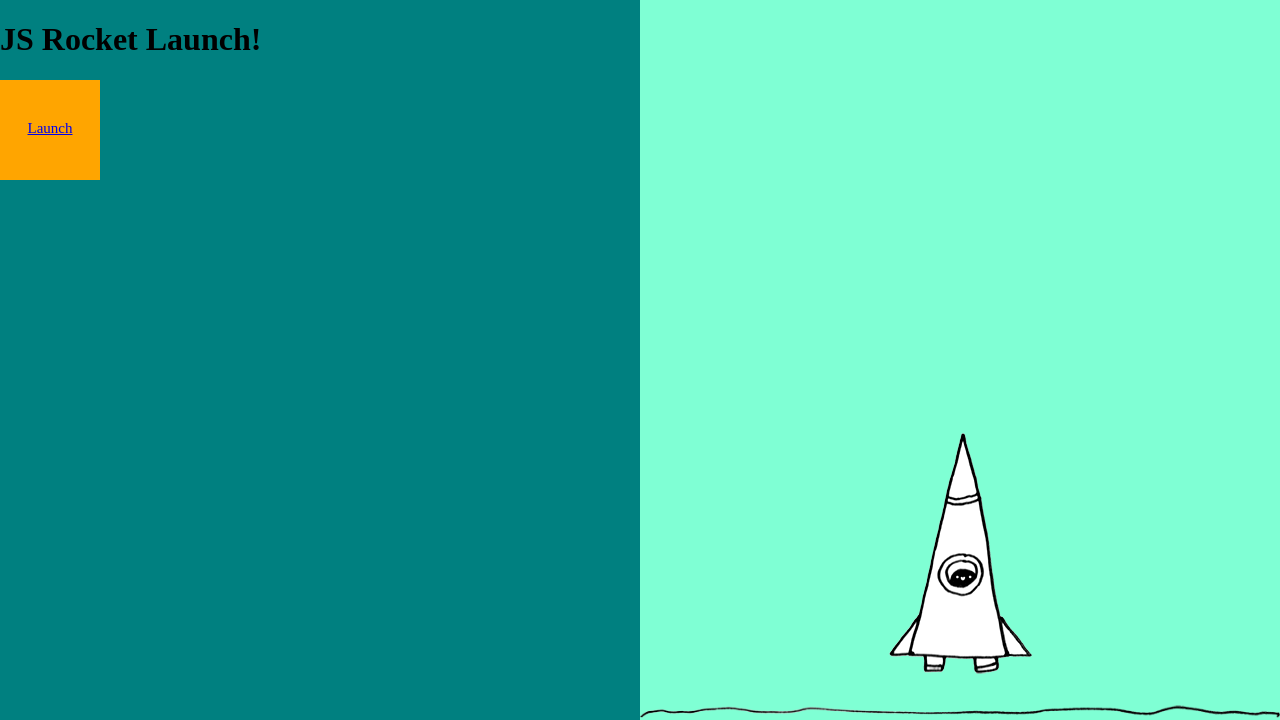
Repository: alcarrizo/Rocket-launch
Page: index.html
These files come from the project's save history. The page is drawn as it stood at one moment and after the next save; the edit follows.
The browser window is 1280 px wide. The pictures show the whole page.

Above is the page before, as saved 2022-10-20 16:50:38.

After the next save:
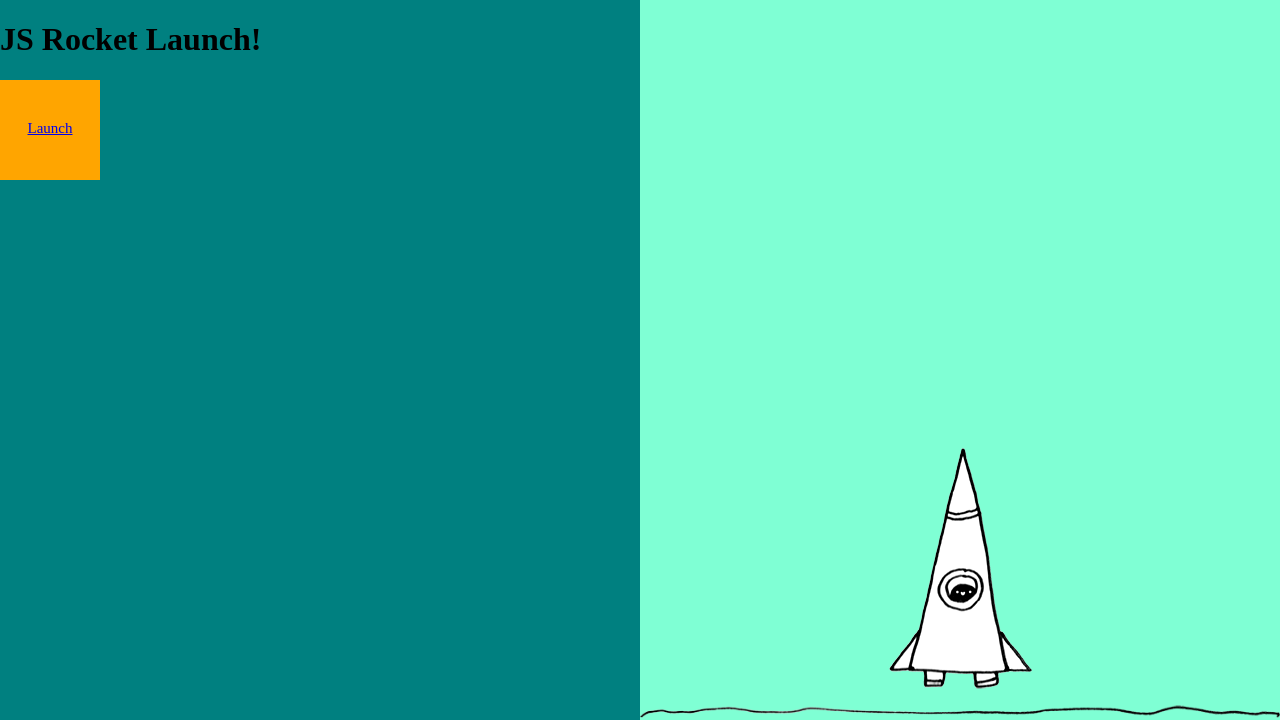
Saved 24 s later.
--- a/css/style.css
+++ b/css/style.css
@@ -25,7 +25,7 @@ body {
 .rocket {
     position: absolute;
     left: 50%;
-    bottom: 15px;
+    bottom: 0;
     width: 143px;
     height: 272px;
     background: url("../img/rocket-state1.png") no-repeat 0 0;
